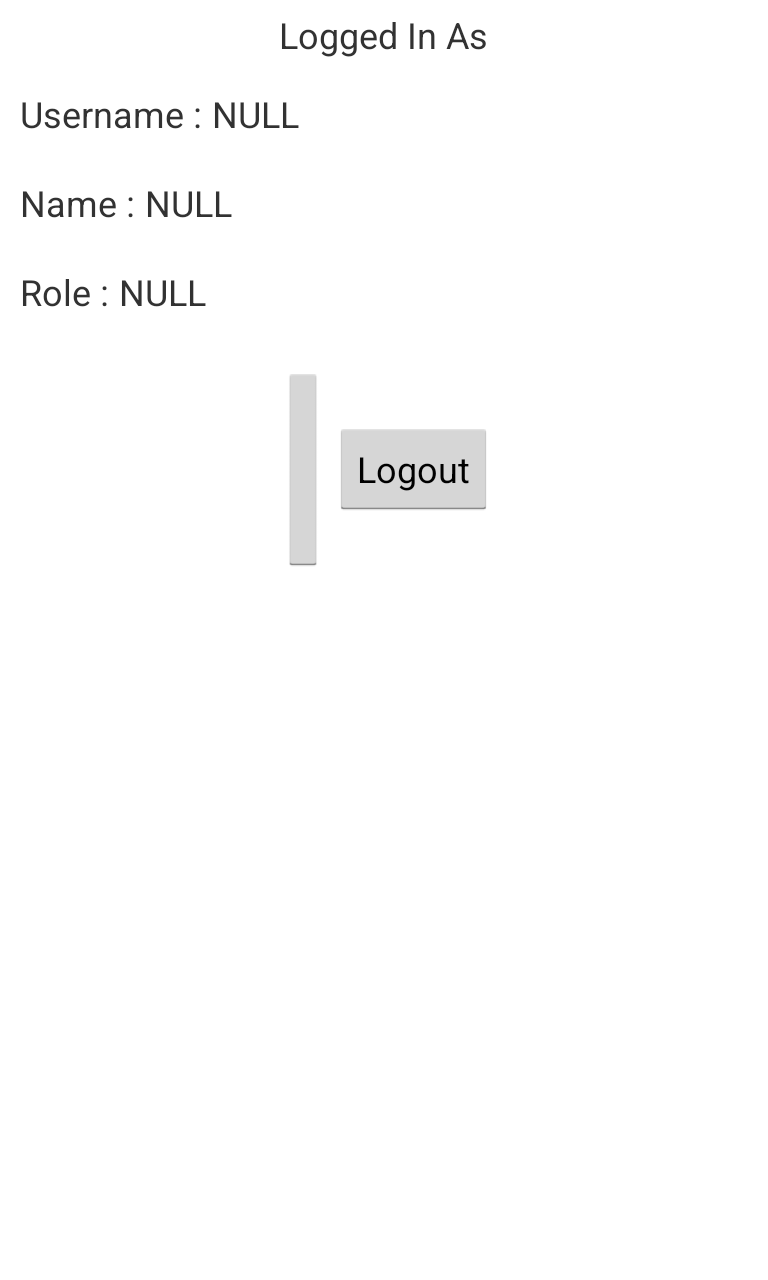
Repository: LennoxAlexion/UID
Layout: Android App/Uid-Project/res/layout/activity_sec_page.xml
These files come from the project's save history. The layout is drawn as it stood at one moment and after the next save; the edit follows.
It is drawn on a 768 x 1280 px phone screen (xhdpi) without system bars, with theme AppTheme; the app's code is not run.

Above is the layout before, as saved 2015-03-29 06:20:15.

### Android App/Uid-Project/res/layout/activity_sec_page.xml
<?xml version="1.0" encoding="utf-8"?>
<LinearLayout xmlns:android="http://schemas.android.com/apk/res/android"
    android:layout_width="match_parent"
    android:layout_height="match_parent"
    android:orientation="vertical" >

    <TextView
        android:layout_width="wrap_content"
        android:layout_height="wrap_content"
        android:layout_gravity="center_horizontal"
        android:layout_margin="5dp"
        android:gravity="center"
        android:text="Logged In As"
        android:textSize="18dp" />

    <LinearLayout
        android:layout_width="fill_parent"
        android:layout_height="wrap_content"
        android:layout_margin="5dp"
        android:orientation="horizontal"
        android:padding="5dp" >

        <TextView
            android:layout_width="wrap_content"
            android:layout_height="wrap_content"
            android:text="Username :"
            android:textSize="18dp" />

        <TextView
            android:id="@+id/TextView_Username"
            android:layout_width="wrap_content"
            android:layout_height="wrap_content"
            android:layout_marginLeft="5dp"
            android:text="NULL"
            android:textSize="18dp" />
    </LinearLayout>

    <LinearLayout
        android:layout_width="fill_parent"
        android:layout_height="wrap_content"
        android:layout_margin="5dp"
        android:orientation="horizontal"
        android:padding="5dp" >

        <TextView
            android:layout_width="wrap_content"
            android:layout_height="wrap_content"
            android:text="Name :"
            android:textSize="18dp" />

        <TextView
            android:id="@+id/TextView_Name"
            android:layout_width="wrap_content"
            android:layout_height="wrap_content"
            android:layout_marginLeft="5dp"
            android:text="NULL"
            android:textSize="18dp" />
    </LinearLayout>

    <LinearLayout
        android:layout_width="fill_parent"
        android:layout_height="wrap_content"
        android:layout_margin="5dp"
        android:orientation="horizontal"
        android:padding="5dp" >

        <TextView
            android:layout_width="wrap_content"
            android:layout_height="wrap_content"
            android:text="Role :"
            android:textSize="18dp" />

        <TextView
            android:id="@+id/TextView_Role"
            android:layout_width="wrap_content"
            android:layout_height="wrap_content"
            android:layout_marginLeft="5dp"
            android:text="NULL"
            android:textSize="18dp" />
    </LinearLayout>

    <LinearLayout
        android:layout_width="fill_parent"
        android:layout_height="wrap_content"
        android:layout_margin="5dp"
        android:orientation="horizontal"
        android:padding="5dp"
        android:layout_gravity="center_horizontal"
        android:gravity="center">
    <Button
        android:id="@+id/Button_Sec_Page_Scan"
        android:layout_width="20dp"
        android:layout_height="wrap_content"
        android:text="Scan"
        android:layout_margin="5dp"/>

    <Button
        android:id="@+id/Button_Logout"
        android:layout_width="wrap_content"
        android:layout_height="wrap_content"
        android:text="Logout" />
    </LinearLayout>

</LinearLayout>

Loaded but not shown: Android App/Uid-Project/res/values/styles.xml (common file); Android App/Uid-Project/res/values-v11/styles.xml (common file); Android App/Uid-Project/res/values-v14/styles.xml (common file); Android App/Uid-Project/res/values-v21/styles.xml (common file)

After the next save:
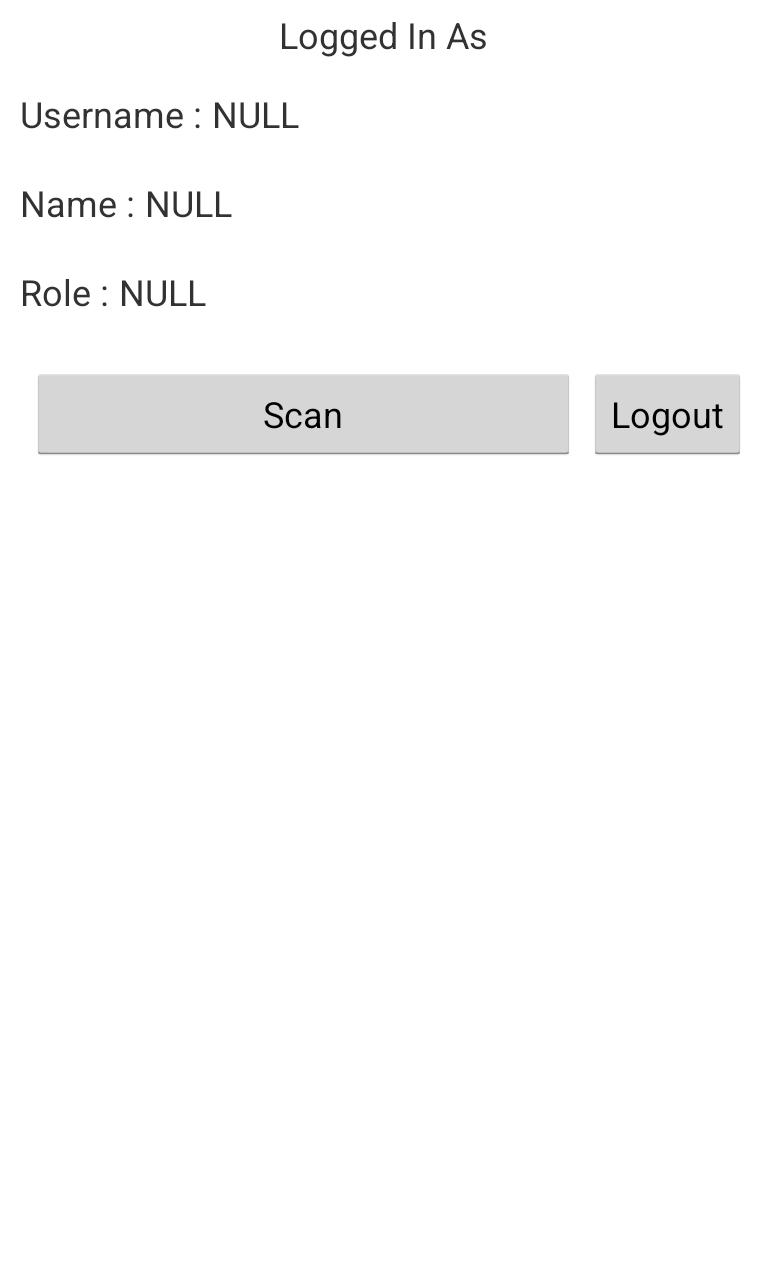
Saved 24 s later.
--- a/Android App/Uid-Project/res/layout/activity_sec_page.xml
+++ b/Android App/Uid-Project/res/layout/activity_sec_page.xml
@@ -82,23 +82,25 @@
     <LinearLayout
         android:layout_width="fill_parent"
         android:layout_height="wrap_content"
+        android:layout_gravity="center_horizontal"
         android:layout_margin="5dp"
+        android:gravity="center"
         android:orientation="horizontal"
-        android:padding="5dp"
-        android:layout_gravity="center_horizontal"
-        android:gravity="center">
-    <Button
-        android:id="@+id/Button_Sec_Page_Scan"
-        android:layout_width="20dp"
-        android:layout_height="wrap_content"
-        android:text="Scan"
-        android:layout_margin="5dp"/>
+        android:padding="5dp" >
 
-    <Button
-        android:id="@+id/Button_Logout"
-        android:layout_width="wrap_content"
-        android:layout_height="wrap_content"
-        android:text="Logout" />
+        <Button
+            android:id="@+id/Button_Sec_Page_Scan"
+            android:layout_width="wrap_content"
+            android:layout_height="wrap_content"
+            android:layout_margin="5dp"
+            android:layout_weight="0.30"
+            android:text="Scan" />
+
+        <Button
+            android:id="@+id/Button_Logout"
+            android:layout_width="wrap_content"
+            android:layout_height="wrap_content"
+            android:text="Logout" />
     </LinearLayout>
 
 </LinearLayout>
